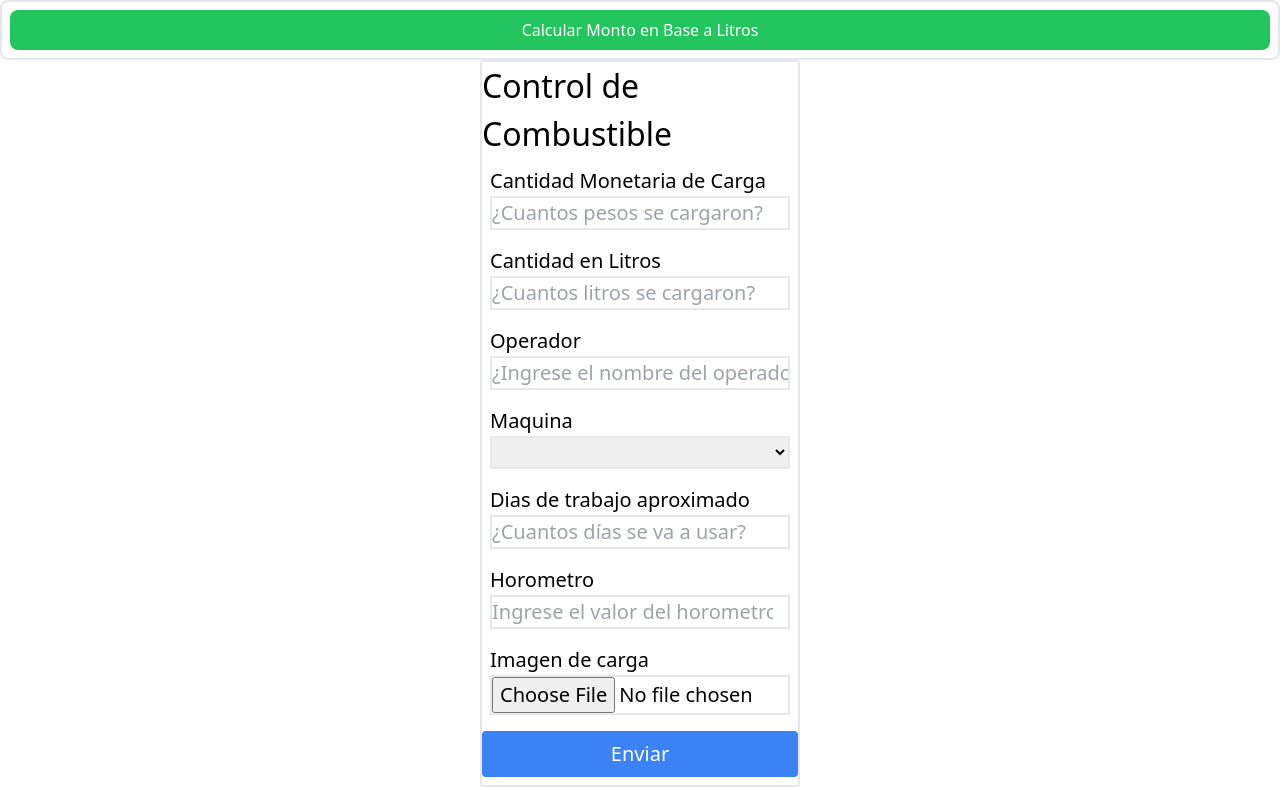
Repository: SistemaACT/Combustible
Page: /Combustible/Form
The author's editor kept a copy of each file at every save. The page is drawn from the files as they stood at one save, then again after the next save.
The browser window is 1280 px wide. The pictures show the whole page.
The page's requests for data from a server got no answer. The project was rebuilt for these pictures with package versions that can differ from the ones it lists, and the page was loaded fresh each time. The framework's server and built-in components were replaced by stand-ins that run in the browser. No one was signed in, and anything a server would have sent is missing. Also part of the build but not shown: next.config.js, components/NavBar/Options/Operador.tsx, components/NavBar/Options/Admin.tsx, components/NavBar/Options/Owner.tsx, components/NavBar/Options.tsx.

Above is the page before, as saved 2023-01-20 16:12:16.

After the next save:
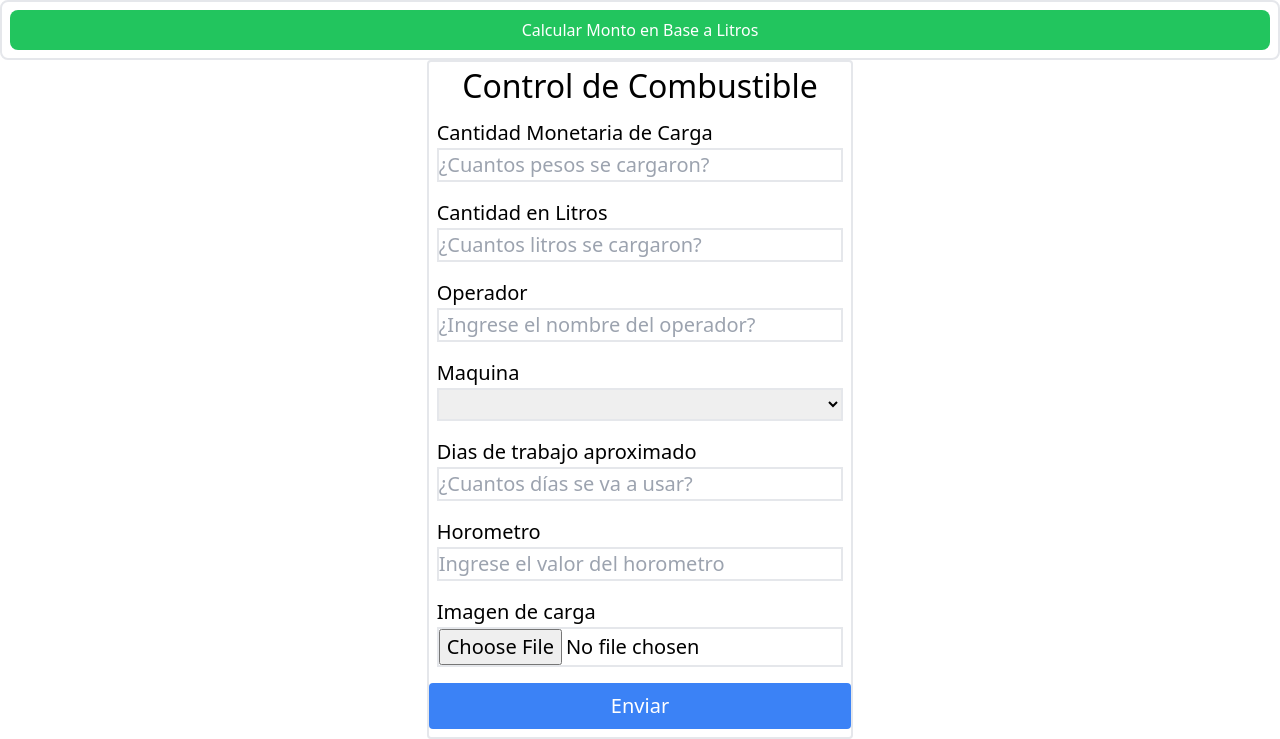
Saved 7 min 18 s later.
--- a/pages/Combustible/Form.tsx
+++ b/pages/Combustible/Form.tsx
@@ -39,7 +39,7 @@ export default function Form() {
       <>
       <GasCalculator></GasCalculator>
     <form onSubmit={handleSubmit} className='flex justify-center'>
-        <div className='w-full lg:w-1/4 rounded border-2 flex flex-col items-center'>
+        <div className='w-full lg:w-1/3 rounded border-2 flex flex-col items-center'>
             <h1 className='text-[2em]'>Control de Combustible</h1>
                 <Input id="Pesos" placeholder='¿Cuantos pesos se cargaron?' label='Cantidad Monetaria de Carga' type='number' step={0.01} min={0}></Input>
                 <Input id="Litros" placeholder='¿Cuantos litros se cargaron?' label='Cantidad en Litros' type='number' step={0.01} min={0}></Input>
